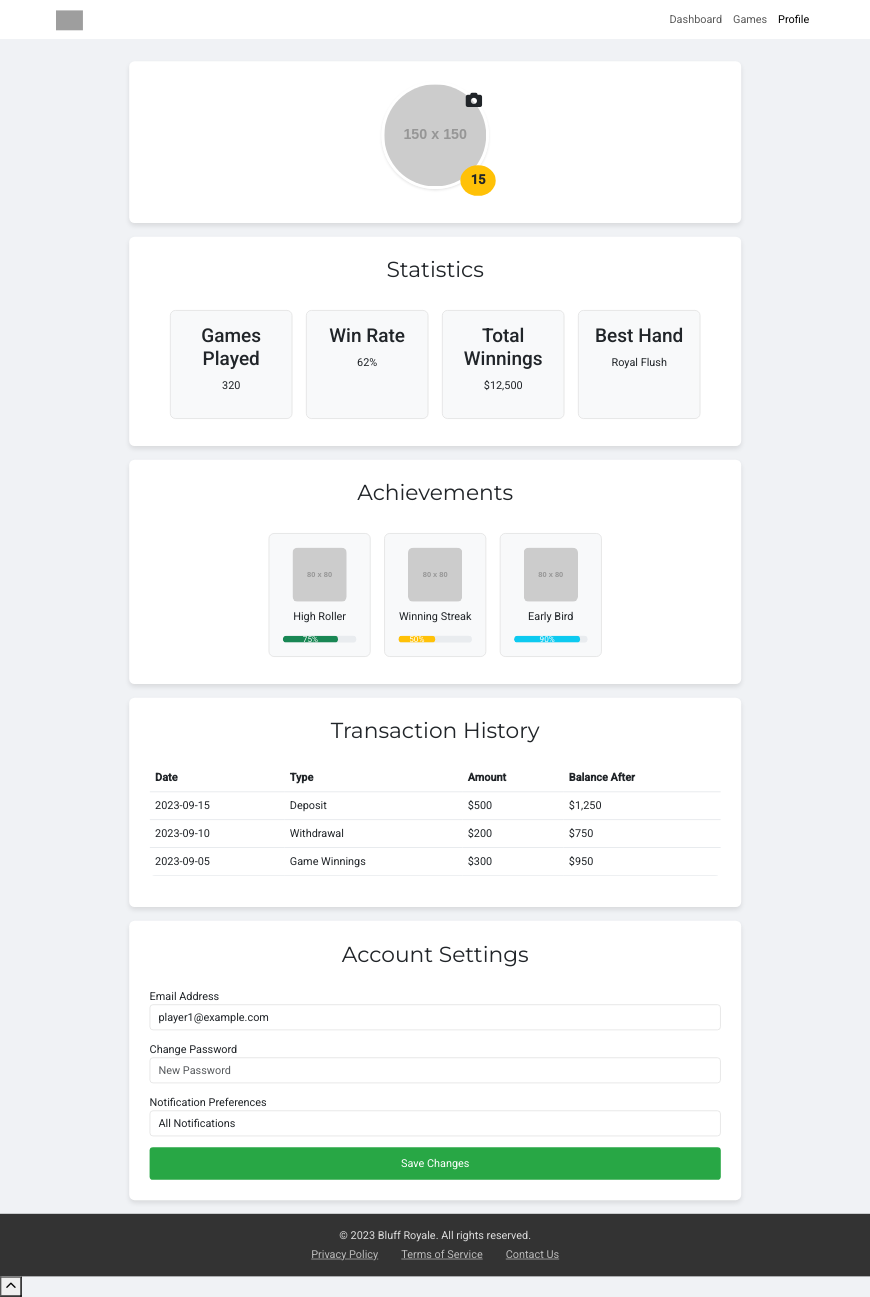
Repository: KidBillionaire/newapp
Page: public/settings.html
An editor plug-in stored every save of this project. The page is shown before and after the next save, followed by the edit.
The browser window is 1280 px wide. The pictures show the whole page, at 68% of full size.
Pictures or frames that could not be fetched are drawn as grey boxes.

Above is the page before, as saved 2024-10-10 20:02:03.

### public/settings.html
<!DOCTYPE html>
<html lang="en">
<head>
  <meta charset="UTF-8">
  <title>Bluff Royale - Profile</title>
  <meta name="viewport" content="width=device-width, initial-scale=1.0">
  <link href="https://fonts.googleapis.com/css2?family=Montserrat:wght@400;700&family=Roboto:wght@400;500&display=swap" rel="stylesheet">
  <link href="https://cdn.jsdelivr.net/npm/bootstrap@5.3.0/dist/css/bootstrap.min.css" rel="stylesheet">
  <link rel="stylesheet" href="https://cdnjs.cloudflare.com/ajax/libs/font-awesome/6.4.0/css/all.min.css">
  <style>
    /* Global Styles */
    body {
      background-color: #f0f2f5; /* Light background for a cleaner look */
      font-family: 'Roboto', sans-serif;
      padding-top: 70px;
    }

    .profile-container {
      max-width: 900px;
      margin: 20px auto;
    }

    .section {
      background: #ffffff;
      border-radius: 8px;
      box-shadow: 0 4px 8px rgba(0, 0, 0, 0.1); /* Light shadow for depth */
      padding: 30px;
      margin-bottom: 20px;
    }

    h2 {
      font-family: 'Montserrat', sans-serif;
      text-align: center;
      margin-bottom: 30px;
    }

    /* User Info */
    .user-info .profile-picture {
      position: relative;
      display: inline-block;
      margin-bottom: 20px;
    }

    .user-info .profile-picture img {
      border-radius: 50%;
      border: 4px solid #fff; /* White border around image */
      box-shadow: 0 2px 4px rgba(0, 0, 0, 0.1); /* Light shadow */
    }

    .user-info .level-badge {
      position: absolute;
      bottom: -10px;
      right: -10px;
      background: #ffc107;
      border-radius: 50%;
      padding: 8px 15px;
      font-size: 1.2em;
      font-weight: bold;
    }

    .user-info .upload-button {
      position: absolute;
      top: 10px;
      right: 10px;
      cursor: pointer;
      font-size: 1.5em;
    }

    /* Statistics Section */
    .statistics .stat-item {
      text-align: center;
      border: 1px solid #ddd;
      border-radius: 8px;
      padding: 20px;
      width: 180px;
      margin: 10px;
      background-color: #f8f9fa;
    }

    .statistics .stat-item h3 {
      margin-bottom: 10px;
    }

    /* Achievements Section */
    .achievement-item {
      text-align: center;
      border: 1px solid #ddd;
      border-radius: 8px;
      padding: 20px;
      width: 150px;
      margin: 10px;
      background-color: #f8f9fa;
    }

    .achievement-item img {
      border-radius: 8px;
      margin-bottom: 10px;
    }

    .progress {
      height: 10px;
      background-color: #e9ecef;
      border-radius: 5px;
    }

    .progress-bar {
      border-radius: 5px;
    }

    /* Transaction History */
    .transaction-history table {
      border-radius: 8px;
      overflow: hidden;
    }

    /* Settings Form */
    .form-group input, .form-group select {
      border-radius: 5px;
      border: 1px solid #ddd;
    }

    .save-button {
      width: 100%;
      background-color: #28a745;
      color: #fff;
      border: none;
      border-radius: 5px;
      padding: 12px;
      transition: background-color 0.3s ease;
    }

    .save-button:hover {
      background-color: #218838;
    }

    /* Footer */
    footer {
      background-color: #333;
      padding: 20px 0;
      color: #ddd;
    }

    footer a {
      color: #bbb;
      margin: 0 15px;
    }

    footer a:hover {
      color: #fff;
    }
  </style>
</head>
<body>

  <!-- Navbar -->
  <nav class="navbar navbar-expand-lg navbar-light bg-white fixed-top">
    <div class="container">
      <a class="navbar-brand" href="#">
        <img src="logo.png" alt="Bluff Royale" style="height: 30px;">
      </a>
      <button class="navbar-toggler" type="button" data-bs-toggle="collapse" data-bs-target="#navbarNav">
        <span class="navbar-toggler-icon"></span>
      </button>
      <div class="collapse navbar-collapse justify-content-end" id="navbarNav">
        <ul class="navbar-nav">
          <li class="nav-item">
            <a class="nav-link" href="dashboard.html">Dashboard</a>
          </li>
          <li class="nav-item">
            <a class="nav-link" href="create-table.html">Games</a>
          </li>
          <li class="nav-item">
            <a class="nav-link active" aria-current="page" href="profile.html">Profile</a>
          </li>
        </ul>
      </div>
    </div>
  </nav>

  <!-- Profile Container -->
  <div class="profile-container">
    <!-- User Info Section -->
    <div class="section user-info text-center">
      <div class="profile-picture">
        <img id="profileImage" src="https://via.placeholder.com/150" alt="Profile picture of Player1">
        <div class="level-badge">15</div>
        <input type="file" id="imageUpload" accept=".png, .jpg, .jpeg" hidden />
        <label for="imageUpload" class="upload-button">
          <i class="fas fa-camera"></i>
        </label>
      </div>
    </div>

    <!-- Statistics Section -->
    <div class="section statistics">
      <h2>Statistics</h2>
      <div class="d-flex justify-content-center">
        <div class="stat-item">
          <h3>Games Played</h3>
          <p>320</p>
        </div>
        <div class="stat-item">
          <h3>Win Rate</h3>
          <p>62%</p>
        </div>
        <div class="stat-item">
          <h3>Total Winnings</h3>
          <p>$12,500</p>
        </div>
        <div class="stat-item">
          <h3>Best Hand</h3>
          <p>Royal Flush</p>
        </div>
      </div>
    </div>

    <!-- Achievements Section -->
    <div class="section achievements">
      <h2>Achievements</h2>
      <div class="d-flex justify-content-center">
        <div class="achievement-item">
          <img src="https://via.placeholder.com/80" alt="High Roller Badge">
          <p>High Roller</p>
          <div class="progress mt-2">
            <div class="progress-bar bg-success" style="width: 75%;" aria-valuenow="75" aria-valuemin="0" aria-valuemax="100">75%</div>
          </div>
        </div>
        <div class="achievement-item">
          <img src="https://via.placeholder.com/80" alt="Winning Streak Badge">
          <p>Winning Streak</p>
          <div class="progress mt-2">
            <div class="progress-bar bg-warning" style="width: 50%;" aria-valuenow="50" aria-valuemin="0" aria-valuemax="100">50%</div>
          </div>
        </div>
        <div class="achievement-item">
          <img src="https://via.placeholder.com/80" alt="Early Bird Badge">
          <p>Early Bird</p>
          <div class="progress mt-2">
            <div class="progress-bar bg-info" style="width: 90%;" aria-valuenow="90" aria-valuemin="0" aria-valuemax="100">90%</div>
          </div>
        </div>
      </div>
    </div>

    <!-- Transaction History Section -->
    <div class="section transaction-history">
      <h2>Transaction History</h2>
      <table class="table">
        <thead>
          <tr>
            <th>Date</th>
            <th>Type</th>
            <th>Amount</th>
            <th>Balance After</th>
          </tr>
        </thead>
        <tbody>
          <tr>
            <td>2023-09-15</td>
            <td>Deposit</td>
            <td>$500</td>
            <td>$1,250</td>
          </tr>
          <tr>
            <td>2023-09-10</td>
            <td>Withdrawal</td>
            <td>$200</td>
            <td>$750</td>
          </tr>
          <tr>
            <td>2023-09-05</td>
            <td>Game Winnings</td>
            <td>$300</td>
            <td>$950</td>
          </tr>
        </tbody>
      </table>
    </div>

    <!-- Settings Section -->
    <div class="section settings">
      <h2>Account Settings</h2>
      <form id="settingsForm">
        <div class="form-group mb-3">
          <label for="email">Email Address</label>
          <input type="email" id="email" class="form-control" value="player1@example.com" required>
        </div>
        <div class="form-group mb-3">
          <label for="password">Change Password</label>
          <input type="password" id="password" class="form-control" placeholder="New Password">
        </div>
        <div class="form-group mb-3">
          <label for="notifications">Notification Preferences</label>
          <select id="notifications" class="form-control">
            <option value="all">All Notifications</option>
            <option value="email">Email Only</option>
            <option value="sms">SMS Only</option>
            <option value="none">No Notifications</option>
          </select>
        </div>
        <button type="button" class="save-button" onclick="saveSettings()">Save Changes</button>
      </form>
    </div>
  </div>

  <!-- Footer -->
  <footer class="text-center">
    <div class="container">
      <p class="mb-1">&copy; 2023 Bluff Royale. All rights reserved.</p>
      <a href="#">Privacy Policy</a>
      <a href="#">Terms of Service</a>
      <a href="#">Contact Us</a>
    </div>
  </footer>

  <button onclick="topFunction()" id="backToTopBtn" title="Go to top">
    <i class="fas fa-chevron-up"></i

After the next save:
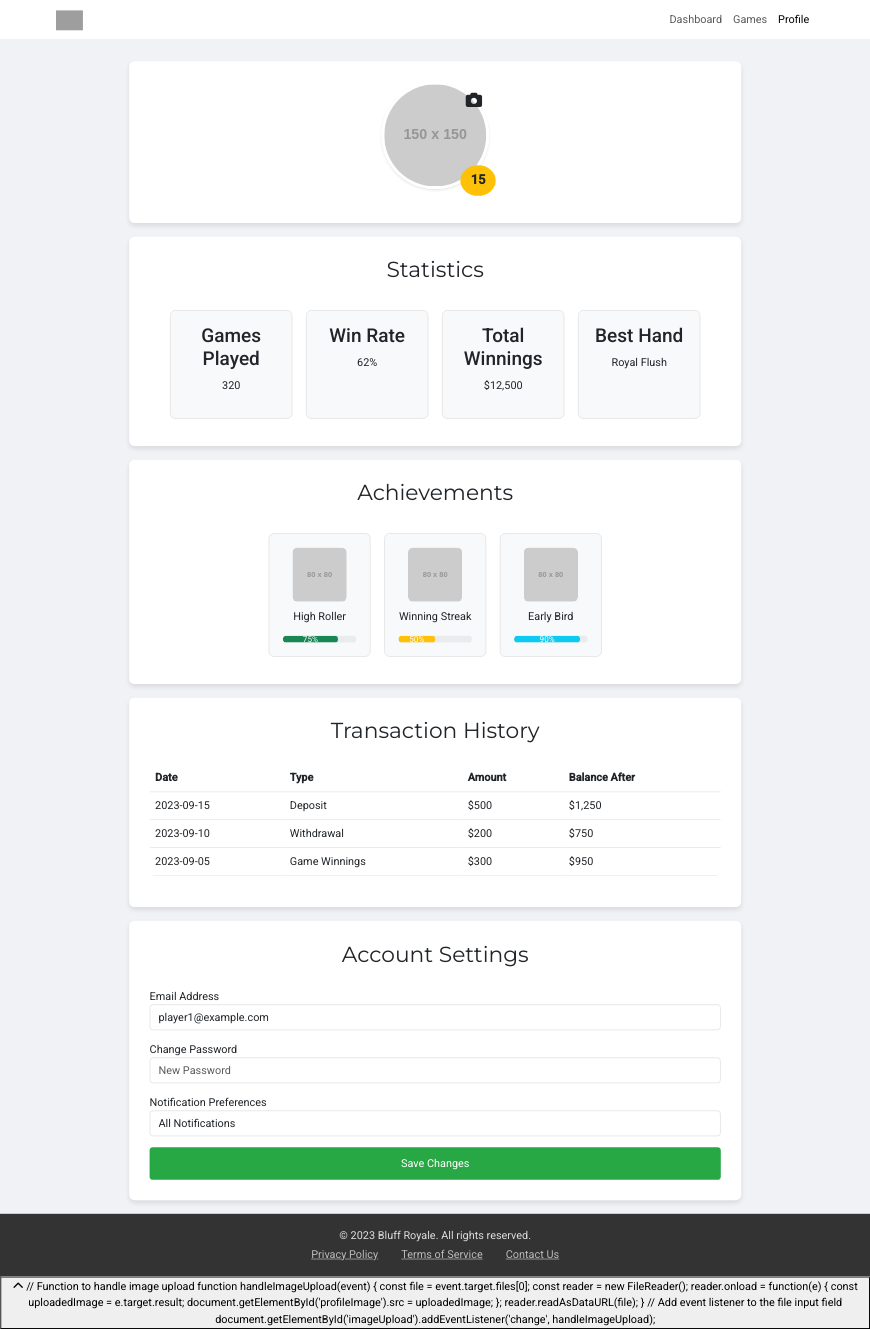
Saved 4 min 41 s later.
--- a/public/settings.html
+++ b/public/settings.html
@@ -314,4 +314,25 @@
   </footer>
 
   <button onclick="topFunction()" id="backToTopBtn" title="Go to top">
-    <i class="fas fa-chevron-up"></i
+    <i class="fas fa-chevron-up"></i>
+
+    // Function to handle image upload
+function handleImageUpload(event) {
+  const file = event.target.files[0];
+  const reader = new FileReader();
+
+  reader.onload = function(e) {
+    const uploadedImage = e.target.result;
+    document.getElementById('profileImage').src = uploadedImage;
+  };
+
+  reader.readAsDataURL(file);
+}
+
+// Add event listener to the file input field
+document.getElementById('imageUpload').addEventListener('change', handleImageUpload);
+
+  </script>
+
+</body>
+</html>
